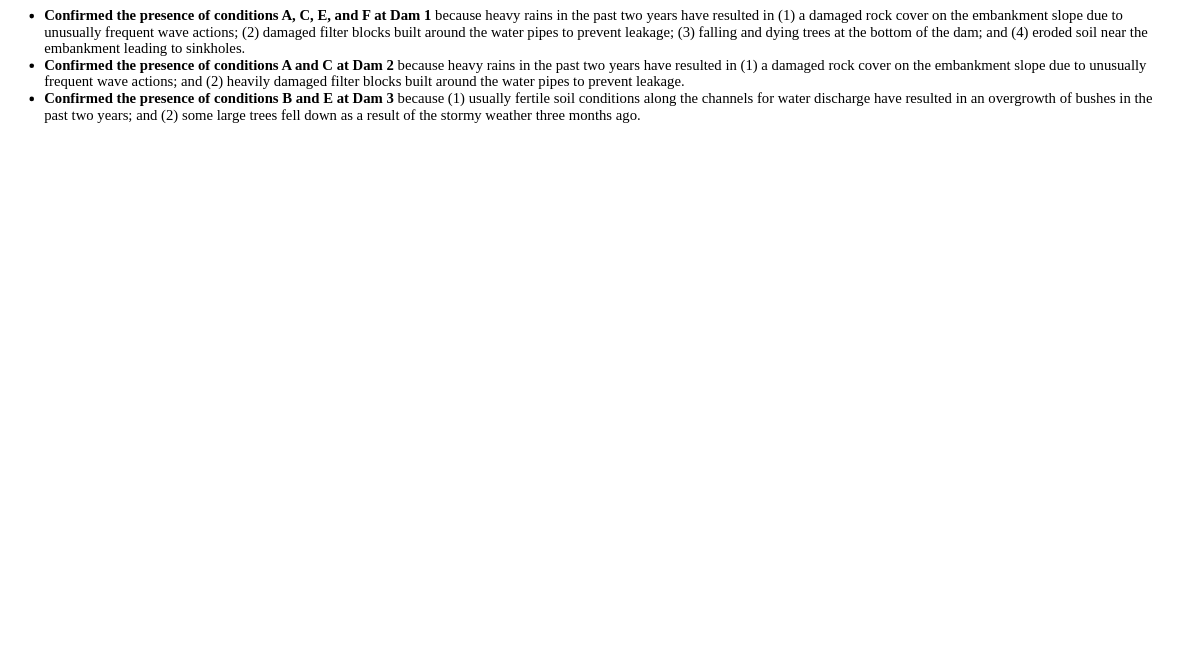
Repository: zmikaya/behavecon
Page: templates/group/info_sets/set2.html
The author's editor kept a record of every edit. The page is drawn from the files as they stood at one moment, then again after the next edit.
The browser window is 1280 px wide. The pictures show the whole page, at 92% of full size.
The template is drawn by Django 2.2. The application's start-up code is not run. The template is opened directly, without the code that normally fills it, so the values that code supplies are empty.

Above is the page before.

After the next edit:
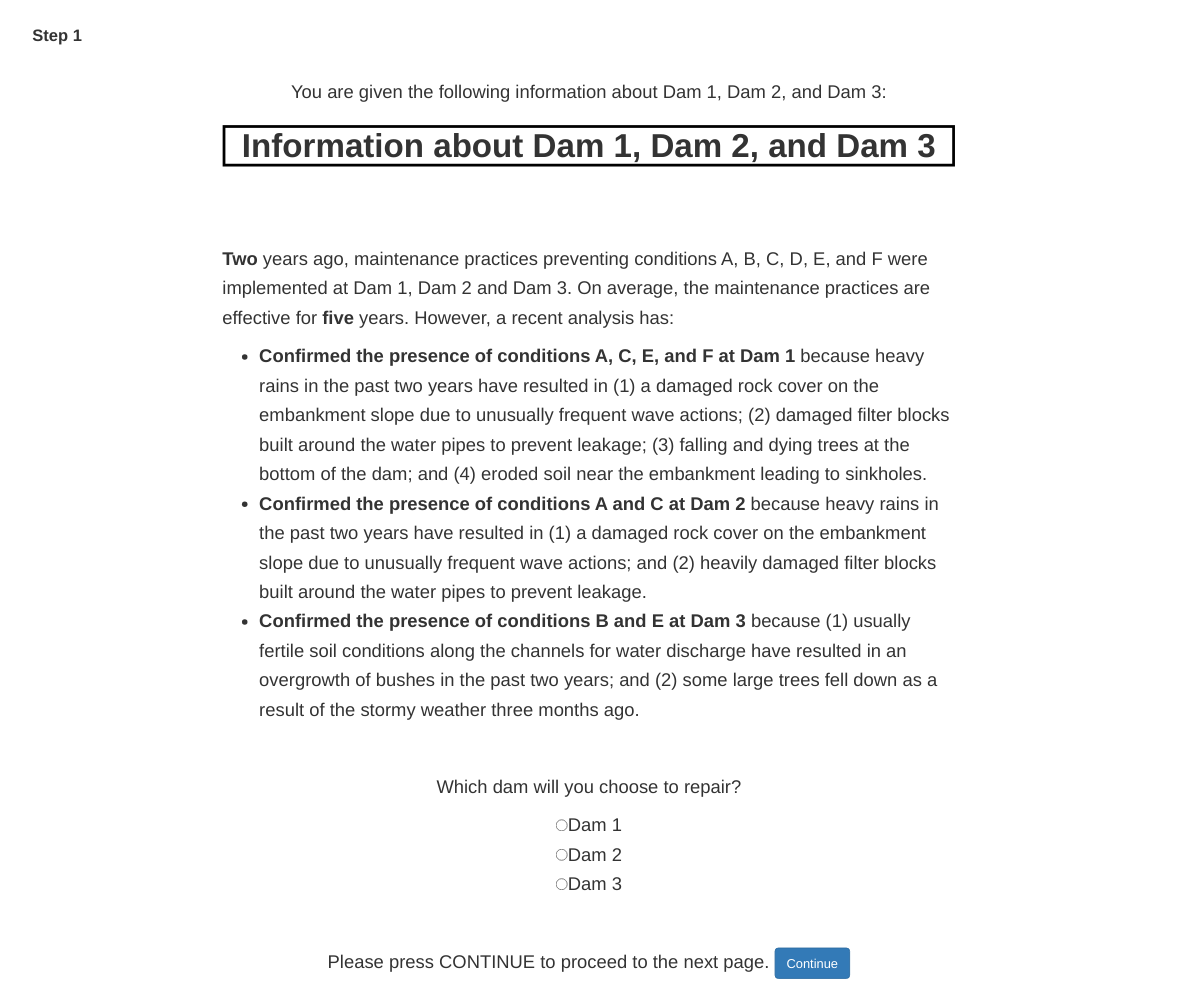
Console error: SyntaxError: Unexpected token '}'
The edit:
--- a/templates/group/info_sets/set2.html
+++ b/templates/group/info_sets/set2.html
@@ -1,24 +1,27 @@
-<ul>
-    <li><b>Confirmed the presence of conditions A, C, E,
-        and F at Dam 1</b> because heavy rains in the past two
-        years have resulted in (1) a damaged rock cover on the
-        embankment slope due to unusually frequent wave actions;
-        (2) damaged filter blocks built around the water pipes
-        to prevent leakage; (3) falling and dying trees at the
-        bottom of the dam; and (4) eroded soil near the
-        embankment leading to sinkholes.
-    </li>
-    <li><b>Confirmed the presence of conditions A and C at
-        Dam 2</b> because heavy rains in the past two years
-        have resulted in (1) a damaged rock cover on the
-        embankment slope due to unusually frequent wave actions;
-        and (2) heavily damaged filter blocks built around the
-        water pipes to prevent leakage.
-    </li>
-    <li><b>Confirmed the presence of conditions B and E at Dam 3</b>
-        because (1) usually fertile soil conditions along the channels for
-        water discharge have resulted in an overgrowth of bushes in the past
-        two years; and (2) some large trees fell down as a result of the stormy
-        weather three months ago.
-    </li>
-</ul>
+{% extends 'group/Category3Dams_p11.html' %}
+    {% block info_block %}
+        <ul>
+            <li><b>Confirmed the presence of conditions A, C, E,
+                and F at Dam 1</b> because heavy rains in the past two
+                years have resulted in (1) a damaged rock cover on the
+                embankment slope due to unusually frequent wave actions;
+                (2) damaged filter blocks built around the water pipes
+                to prevent leakage; (3) falling and dying trees at the
+                bottom of the dam; and (4) eroded soil near the
+                embankment leading to sinkholes.
+            </li>
+            <li><b>Confirmed the presence of conditions A and C at
+                Dam 2</b> because heavy rains in the past two years
+                have resulted in (1) a damaged rock cover on the
+                embankment slope due to unusually frequent wave actions;
+                and (2) heavily damaged filter blocks built around the
+                water pipes to prevent leakage.
+            </li>
+            <li><b>Confirmed the presence of conditions B and E at Dam 3</b>
+                because (1) usually fertile soil conditions along the channels for
+                water discharge have resulted in an overgrowth of bushes in the past
+                two years; and (2) some large trees fell down as a result of the stormy
+                weather three months ago.
+            </li>
+        </ul>
+    {% endblock %}
